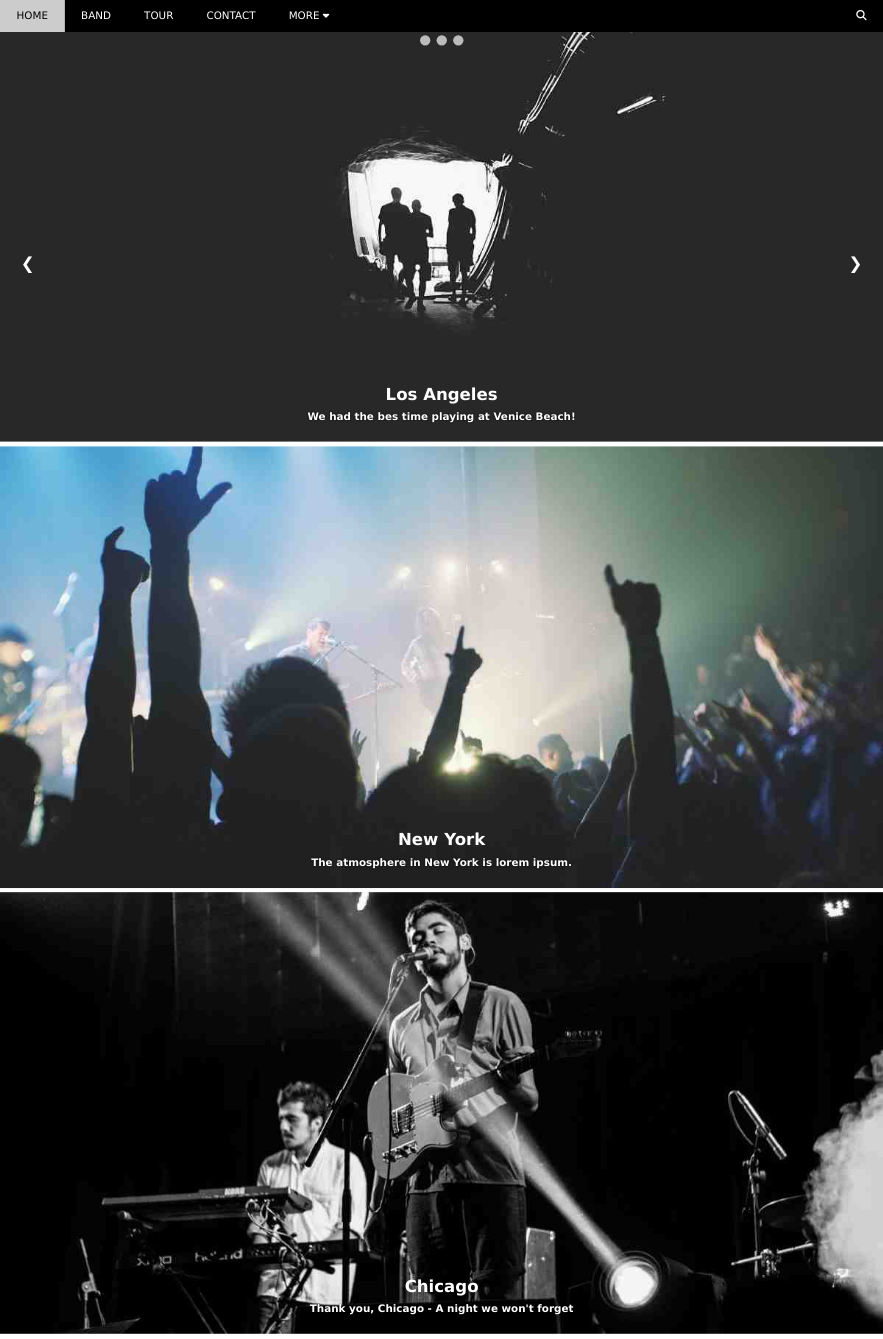
Repository: tam1512/The-Band
Page: index.html
These files come from the project's save history. The page is drawn as it stood at one moment and after the next save; the edit follows.
The browser window is 1280 px wide. The pictures show the whole page, at 69% of full size.
Some web libraries are served in a nearby version.

Above is the page before, as saved 2022-07-23 02:52:30.
Console error: SyntaxError: missing ) after argument list

### index.html
<!DOCTYPE html>
<html lang="en">
  <head>
    <meta charset="UTF-8" />
    <meta http-equiv="X-UA-Compatible" content="IE=edge" />
    <meta name="viewport" content="width=device-width, initial-scale=1.0" />
    <link
      rel="stylesheet"
      href="https://cdnjs.cloudflare.com/ajax/libs/font-awesome/6.1.1/css/all.min.css"
      integrity="sha512-KfkfwYDsLkIlwQp6LFnl8zNdLGxu9YAA1QvwINks4PhcElQSvqcyVLLD9aMhXd13uQjoXtEKNosOWaZqXgel0g=="
      crossorigin="anonymous"
      referrerpolicy="no-referrer"
    />
    <link rel="stylesheet" href="./assets/css/style.css" />
    <title>The Band</title>
  </head>
  <body>
    <div class="container">
      <div class="header" id="home">
        <ul id="nav">
          <li><a href="#home">HOME</a></li>
          <li><a href="#band">BAND</a></li>
          <li><a href="#tour">TOUR</a></li>
          <li><a href="#contact">CONTACT</a></li>
          <li class="dropdown">
            <a href="javascript:void(0)" class="dropbtn">
              MORE
              <i class="fa-solid fa-caret-down"></i>
            </a>
            <div class="dropdown-content">
              <a href="#">Merchandise</a>
              <a href="#">Extras</a>
              <a href="#">Media</a>
            </div>
          </li>
        </ul>
        <div id="search">
          <i class="fa-solid fa-magnifying-glass color-white"></i>
        </div>
      </div>
      <!-- Slideshow container -->
      <div class="slideshow-container">
        <!-- Full-width image with caption text -->
        <div class="mySlides fade">
          <img src="assets/img/la.jpg" alt="Los Angeles" />
          <div class="text padding-32-16 color-white">
            <h3 class="fz-24 margin-10">Los Angeles</h3>
            <p>
              <b class="text-shadow">We had the bes time playing at Venice Beach!</b>
            </p>
          </div>
        </div>

        <div class="mySlides fade">
          <img src="assets/img/ny.jpg" alt="New York" />
          <div class="text padding-32-16 color-white">
            <h3 class="fz-24 margin-10">New York</h3>
            <p>
              <b class="text-shadow">The atmosphere in New York is lorem ipsum.</b>
            </p>
          </div>
        </div>

        <div class="mySlides fade">
          <img src="assets/img/chicago.jpg" alt="Chicago" />
          <div class="text padding-32-16 color-white">
            <h3 class="fz-24 margin-10">Chicago</h3>
            <p>
              <b class="text-shadow">Thank you, Chicago - A night we won't forget</b>
            </p>
          </div>
        </div>

        <!-- Next and previous buttons -->
        <a class="prev" onclick="plusSlides(-1)">&#10094</a>
        <a class="next" onclick="plusSlides(1)">&#10095</a>


      </div>
      <br>

     <!-- The dots/circles -->
     <div class="dots">
      <span class="dot" onclick="currentSlide(1)"></span>
      <span class="dot" onclick="currentSlide(2)"></span>
      <span class="dot" onclick="currentSlide(3)"></span>
    </div>
    </div>

    <script src="assets/js/js.js"></script>
  </body>
</html>

### assets/css/style.css
:root {
}

* {
  padding: 0;
  margin: 0;
  box-sizing: border-box;
}

body {
  font-family: Verdana, sans-serif;
  font-size: 15px;
  line-height: 22.5px;
}

.fz-24 {
  font-size: 24px;
}

.fz-30 {
  font-size: 30px;
}

.color-white {
  color: white;
}

.padding-64-16 {
  padding: 64px 16px !important;
}

.padding-32-16 {
  padding: 32px 16px !important;
}

.margin-0-24 {
  margin: 0 24px !important;
}

.margin-10 {
  margin: 10px 0 !important;
}

.text-shadow {
  text-shadow: 0 0 3px #000;
}

.header {
  position: fixed;
  top: 0;
  right: 0;
  left: 0;
  z-index: 2;
}

#nav {
  list-style-type: none;
  background-color: #000;
  overflow: hidden;
}

#nav > li {
  float: left;
}

#nav > li > a,
.dropbtn {
  display: inline-block;
  padding: 12px 24px;
  text-align: center;
  color: #fff;
  text-decoration: none;
}

#nav > li > a:hover,
.dropdown:hover,
.dropbtn:hover,
.dropdown-content a:hover {
  background-color: #ccc;
  color: black;
}

li.dropdown {
  display: inline-block;
  /* position: relative; */
}

.dropdown-content {
  display: none;
  position: absolute;
  min-width: 160px;
  background-color: #fff;
  box-shadow: 0px 8px 16px 0px rgba(0, 0, 0, 0.2);
  z-index: 1;
}

.dropdown-content a {
  color: #000 !important;
  text-align: left;
  padding: 8px 16px;
  display: block;
  text-decoration: none;
}

.dropdown:hover .dropdown-content {
  display: block;
}

#search {
  position: absolute;
  top: 0;
  right: 0;
  padding: 12px 24px;
}

#search:hover {
  background-color: #f44336;
}

/* Slider */
/* Slideshow container */
.slideshow-container {
  max-width: 100%;
  height: 674px;
  position: relative;
  margin: auto;
}

/* Hide the images by default */
.mySlides {
  display: block;
}

.mySlides img {
  width: 100%;
  height: 100%;
}

/* Next & previous buttons */
.prev,
.next {
  cursor: pointer;
  position: absolute;
  top: 50%;
  /* width: auto; */
  /* margin-top: -22px; */
  margin: 10px;
  padding: 24px 20px;
  color: #fff;
  font-weight: bold;
  font-size: 24px;
  transition: 0.6s ease;
  border-radius: 5px 5px 5px 5px;
  user-select: none;
}

/* Position the "next button" to the right */
.next {
  right: 0;
  border-radius: 5px 5px 5px 5px;
}

/* On hover, add a black backgroound color with a little bit see-through */
.prev:hover,
.next:hover {
  background-color: rgba(0, 0, 0, 0.8);
}

/* Caption text */
.text {
  position: absolute;
  left: 50%;
  transform: translate(-50%, -100%);
  text-align: center;
}

.dots {
  position: absolute;
  left: 50%;
  top: 50px;
  transform: translate(-50%, 0);
}

.dot {
  cursor: pointer;
  height: 15px;
  width: 15px;
  margin: 0 2px;
  background-color: #bbb;
  border-radius: 50%;
  display: inline-block;
  transition: background-color 0.6s ease;
}

.active,
.dot:hover {
  background-color: #717171;
}

/* Fading animation */
.fade {
  animation-name: fade;
  animation-duration: 1.5s;
}

@keyframes fade {
  from {
    opacity: 0.4;
  }
  to {
    opacity: 1;
  }
}

### assets/js/js.js
let slideIndex = 1;

//Show slide
function showSlide(n) {
   let i;

   //lấy 2 mảng chứa các phần tử tương thích với các slide
   let slides = document.getElementsByClassName("mySlides");
   let dots = document.getElementsByClassName("dot");

   //xử lý giá trị truyền vào;
   if (n > slides.leght) {slideIndex = 1};
   if (n < 1) {slideIndex = slides.length};

   for (i = 0; i < slides.length; i++) {
      slides[i].style.display = "none";
   }

   for (i = 0; i < dots.length; i++) {
      dots[i].className = dots[i].className.replace(" active", "";)
   }

   slides[slideIndex-1].style.display = "block";
   dots[slideIndex-1].className += " active"
}

showSlide(2);

After the next save:
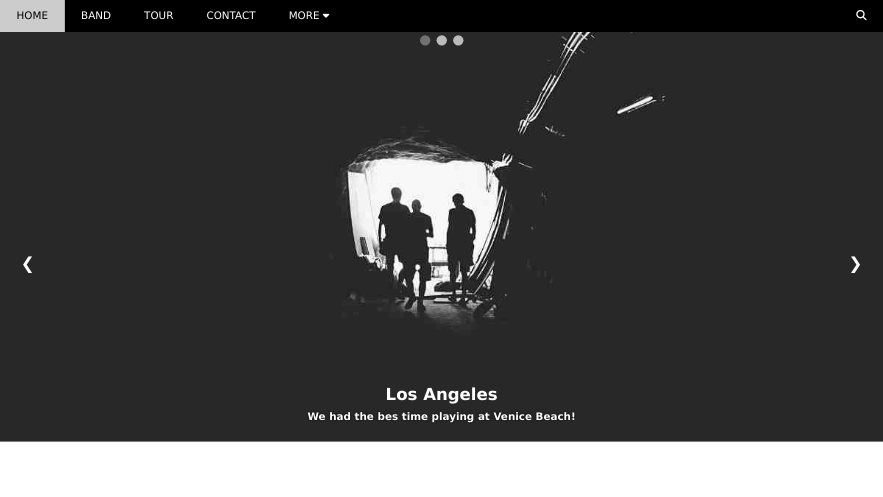
The error is gone.
Saved 8 s later.
--- a/assets/js/js.js
+++ b/assets/js/js.js
@@ -2,26 +2,30 @@ let slideIndex = 1;
 
 //Show slide
 function showSlide(n) {
-   let i;
+  let i;
 
-   //lấy 2 mảng chứa các phần tử tương thích với các slide
-   let slides = document.getElementsByClassName("mySlides");
-   let dots = document.getElementsByClassName("dot");
+  //lấy 2 mảng chứa các phần tử tương thích với các slide
+  let slides = document.getElementsByClassName("mySlides");
+  let dots = document.getElementsByClassName("dot");
 
-   //xử lý giá trị truyền vào;
-   if (n > slides.leght) {slideIndex = 1};
-   if (n < 1) {slideIndex = slides.length};
+  //xử lý giá trị truyền vào;
+  if (n > slides.leght) {
+    slideIndex = 1;
+  }
+  if (n < 1) {
+    slideIndex = slides.length;
+  }
 
-   for (i = 0; i < slides.length; i++) {
-      slides[i].style.display = "none";
-   }
+  for (i = 0; i < slides.length; i++) {
+    slides[i].style.display = "none";
+  }
 
-   for (i = 0; i < dots.length; i++) {
-      dots[i].className = dots[i].className.replace(" active", "";)
-   }
+  for (i = 0; i < dots.length; i++) {
+    dots[i].className = dots[i].className.replace(" active", "");
+  }
 
-   slides[slideIndex-1].style.display = "block";
-   dots[slideIndex-1].className += " active"
+  slides[slideIndex - 1].style.display = "block";
+  dots[slideIndex - 1].className += " active";
 }
 
 showSlide(2);
